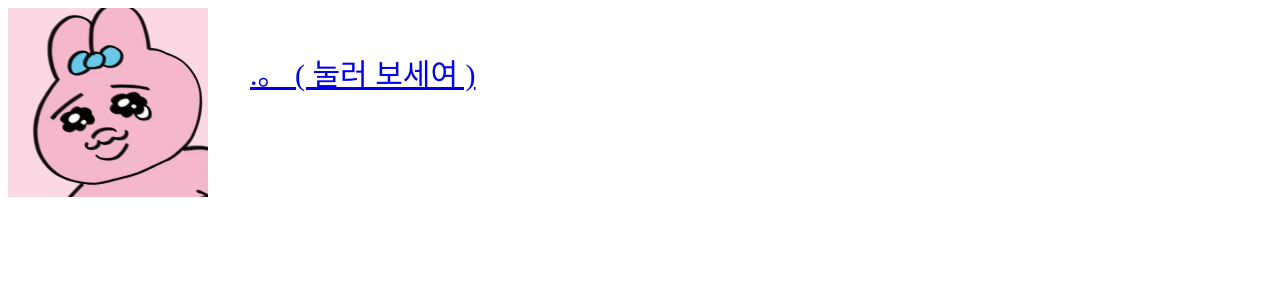
Repository: hyejux/jsp
Page: JSPBasic/src/main/webapp/html/hi.html
The author's editor kept a copy of each file at every save. The page is drawn from the files as they stood at one save, then again after the next save.
The browser window is 1280 px wide. The pictures show the whole page.

Above is the page before, as saved 2024-06-24 08:28:05.

### JSPBasic/src/main/webapp/html/hi.html
<!DOCTYPE html>
<html>
<head>
<meta charset="UTF-8">
<title>Insert title here</title>
<style>
div {
 font-size : 30px;
 position : absolute;
 top : 50px;
 left : 250px}
</style>
</head>
<body>
	<img src="img/pan.jpg" width="200" heigth="200" />
	<div> <a href="hello1.html"> .。 ( 눌러 보세여 )</a> </div>


</body>
</html>

After the next save:
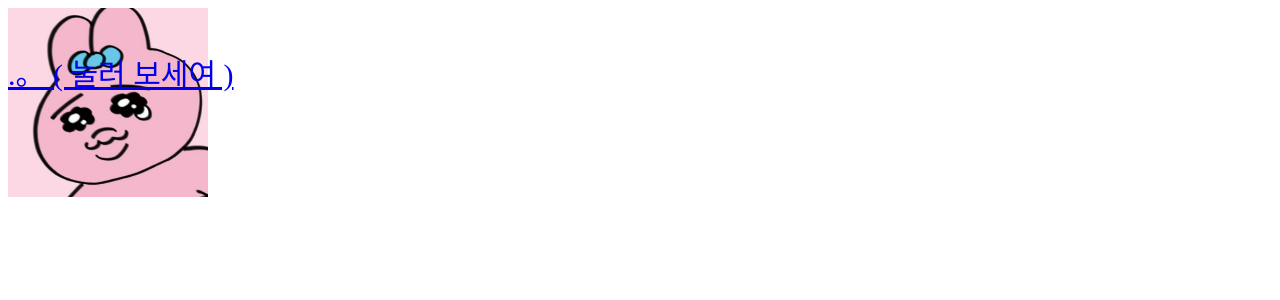
Saved 110 s later.
--- a/JSPBasic/src/main/webapp/html/hi.html
+++ b/JSPBasic/src/main/webapp/html/hi.html
@@ -8,7 +8,9 @@
  font-size : 30px;
  position : absolute;
  top : 50px;
- left : 250px}
+ left : 250px
+ text-decoration-line : none;
+ }
 </style>
 </head>
 <body>

After the 2 saves that followed:
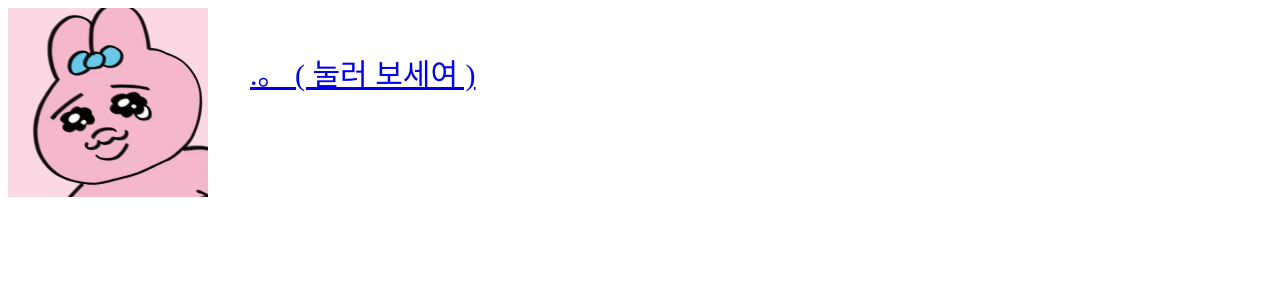
The 2 saves are shown as one change because 1 left the picture as it was.
The last was saved 6 min 49 s later.
--- a/JSPBasic/src/main/webapp/html/hi.html
+++ b/JSPBasic/src/main/webapp/html/hi.html
@@ -8,8 +8,8 @@
  font-size : 30px;
  position : absolute;
  top : 50px;
- left : 250px
- text-decoration-line : none;
+ left : 250px;
+ text-decoration : none;
  }
 </style>
 </head>
